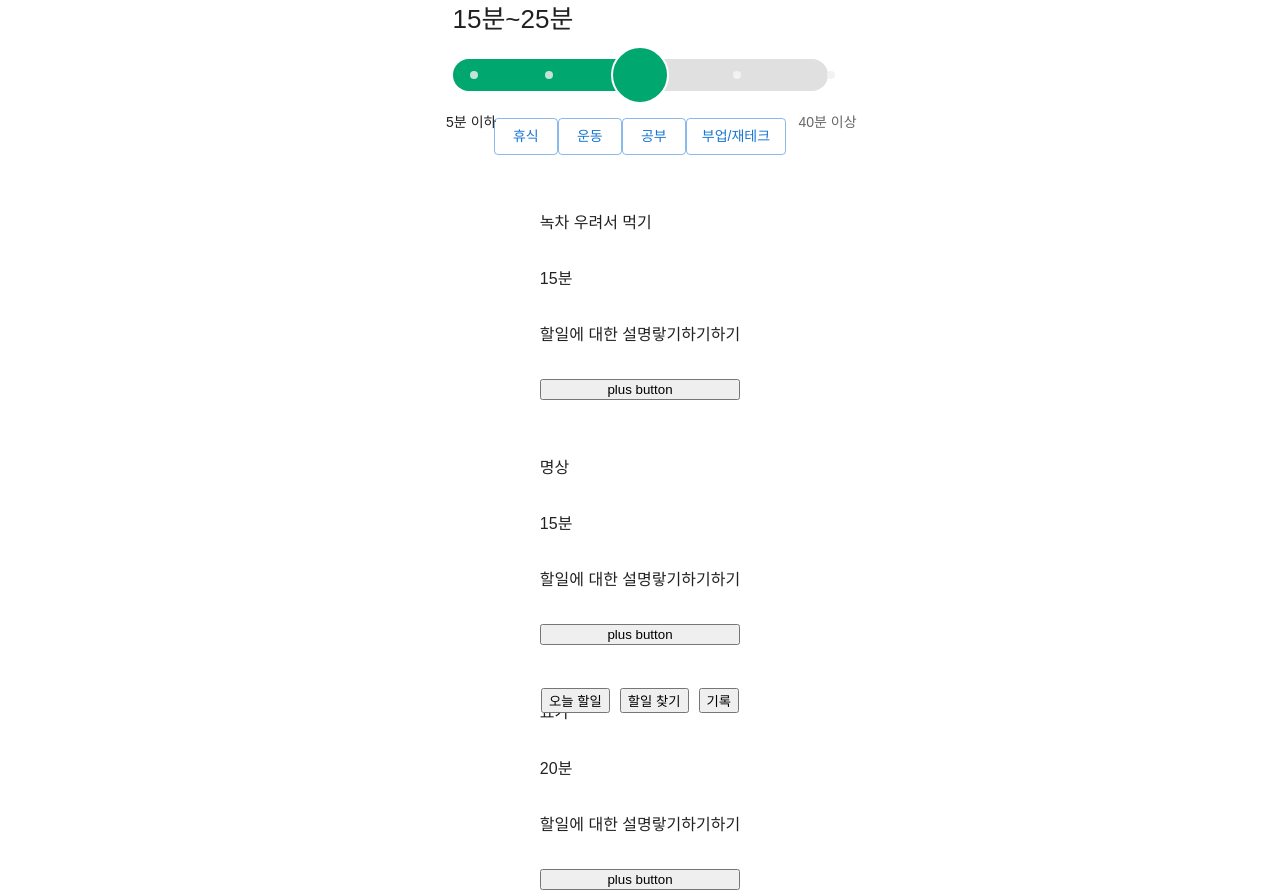
Repository: Tickley-Team/Tickley
Page: /todos/find
An editor plug-in stored every save of this project. The page is shown before and after the next save, followed by the edit.
The browser window is 1280 px wide. The pictures show the whole page.
The project was rebuilt for these pictures with package versions that can differ from the ones it lists, and the page was loaded fresh each time. Also part of the build but not shown: vite.config.ts, src/stores/timeLeftStore.ts, src/components/BasicDialog.tsx, src/pages/Todos.tsx, src/components/Button.tsx, src/pages/SurveySpareTime/index.tsx, src/pages/Home.tsx, src/hooks/useOnboarding.ts and 7 more.

Above is the page before, as saved 2024-12-09 17:42:33.

After the next save:
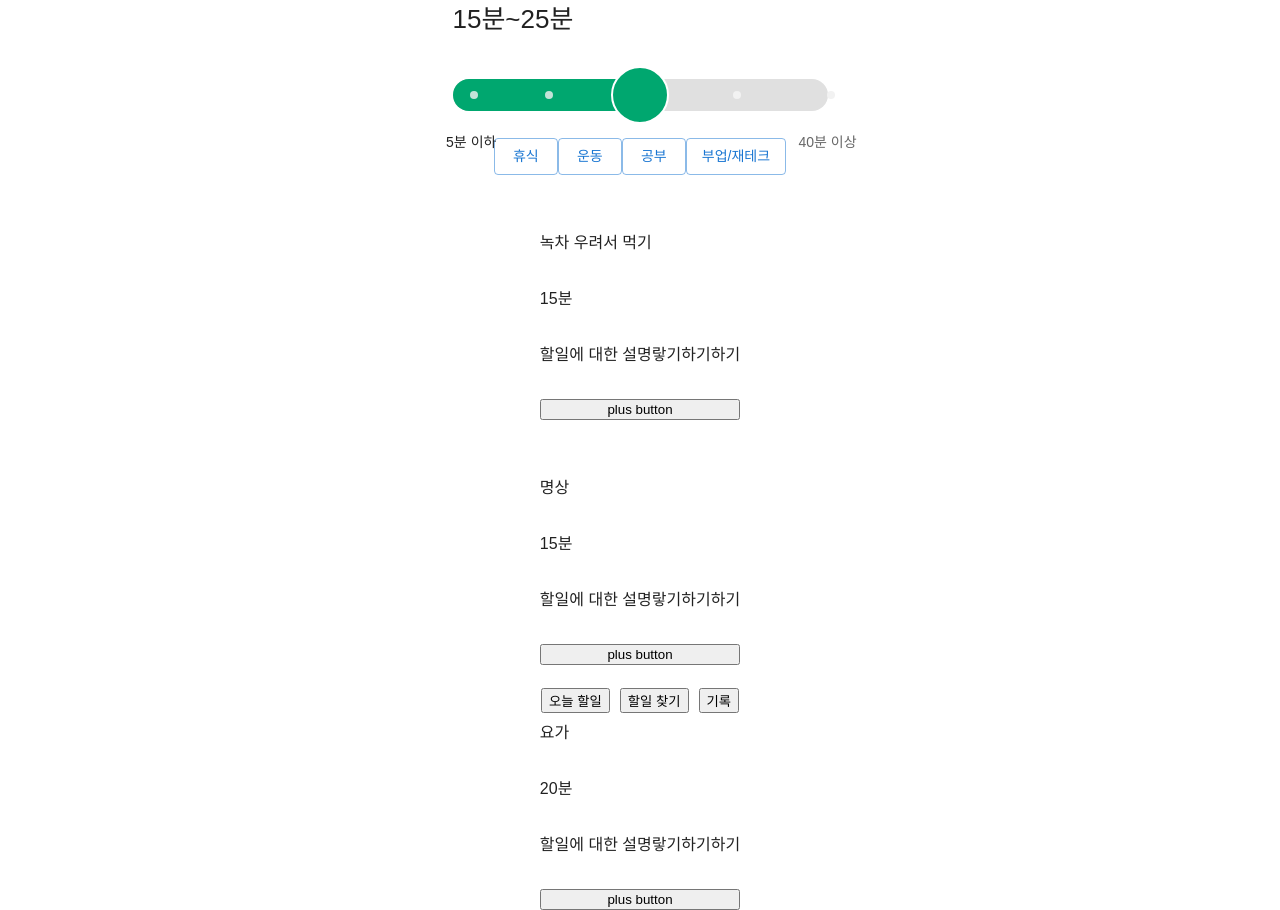
Saved 11 min 53 s later.
--- a/src/pages/TodosFind.tsx
+++ b/src/pages/TodosFind.tsx
@@ -33,7 +33,8 @@
   }
   return (
     <MobileLayout>
-      <RangeSlider />
+      <RangeSlider style={{ marginTop: '40px' }} />
+
       <CategoryBar categoryNames={categoryNames} onClick={setCategoryName} />
       <TodoList list={filteredTodos} onAddTodo={addTodo} />
       <div>
